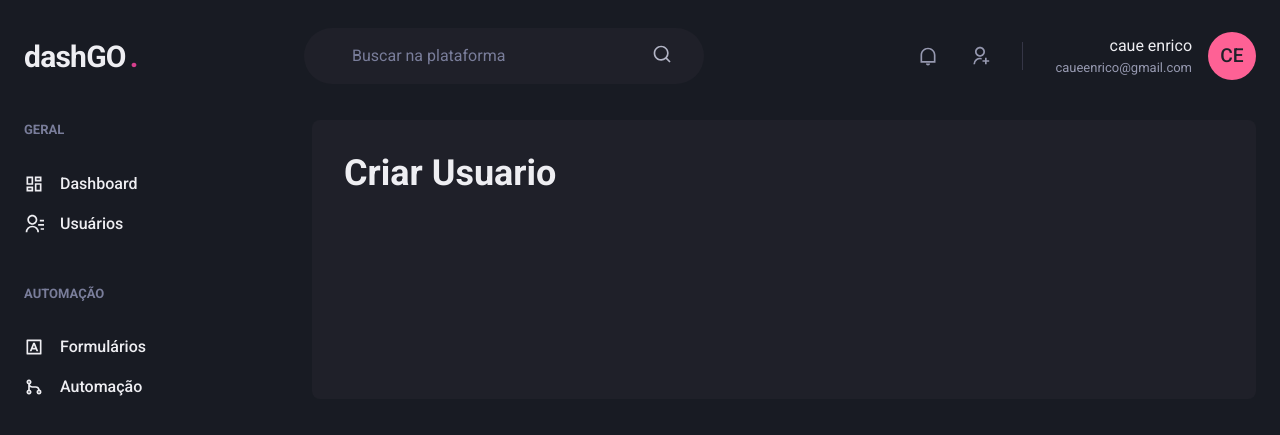
Repository: caueenrico/DashGO
Page: /user/create
An editor plug-in stored every save of this project. The page is shown before and after a run of saves, followed by the edit.
The browser window is 1280 px wide. The pictures show the whole page.
The project was rebuilt for these pictures with package versions that can differ from the ones it lists, and the page was loaded fresh each time. The framework's server and built-in components were replaced by stand-ins that run in the browser. Also part of the build but not shown: next.config.js.

Above is the page before, as saved 2023-03-16 16:02:09.

After the next 8 saves:
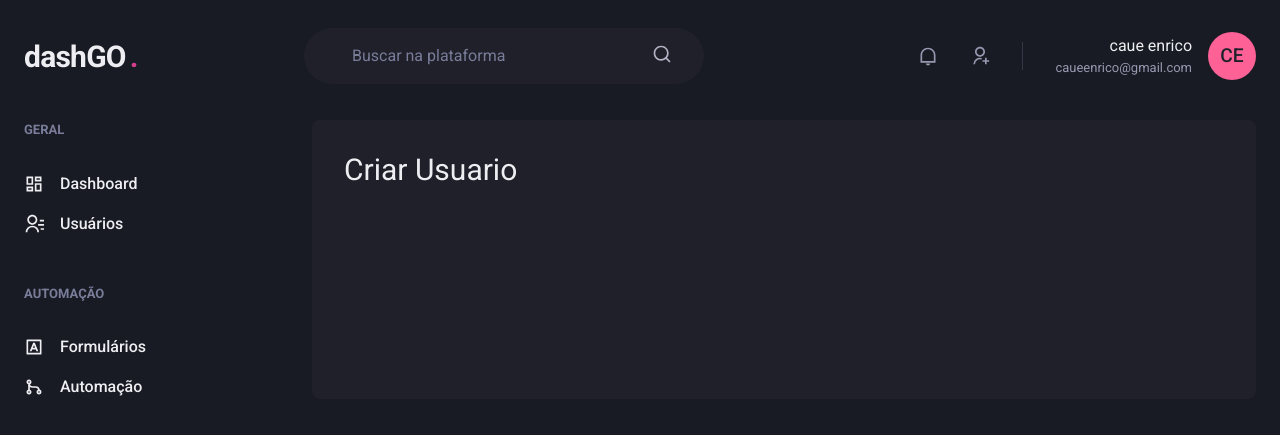
The 8 saves are shown as one change because they came seconds apart.
The last was saved 23 s later.
--- a/src/pages/user/create.tsx
+++ b/src/pages/user/create.tsx
@@ -12,7 +12,7 @@ export default function UserList() {
         <SideBar />
 
         <Box flex="1" borderRadius={8} bg="gray.800" p="8">
-          <Heading >Criar Usuario</Heading>
+          <Heading size="lg" fontWeight="">Criar Usuario</Heading>
 
 
         </Box>
